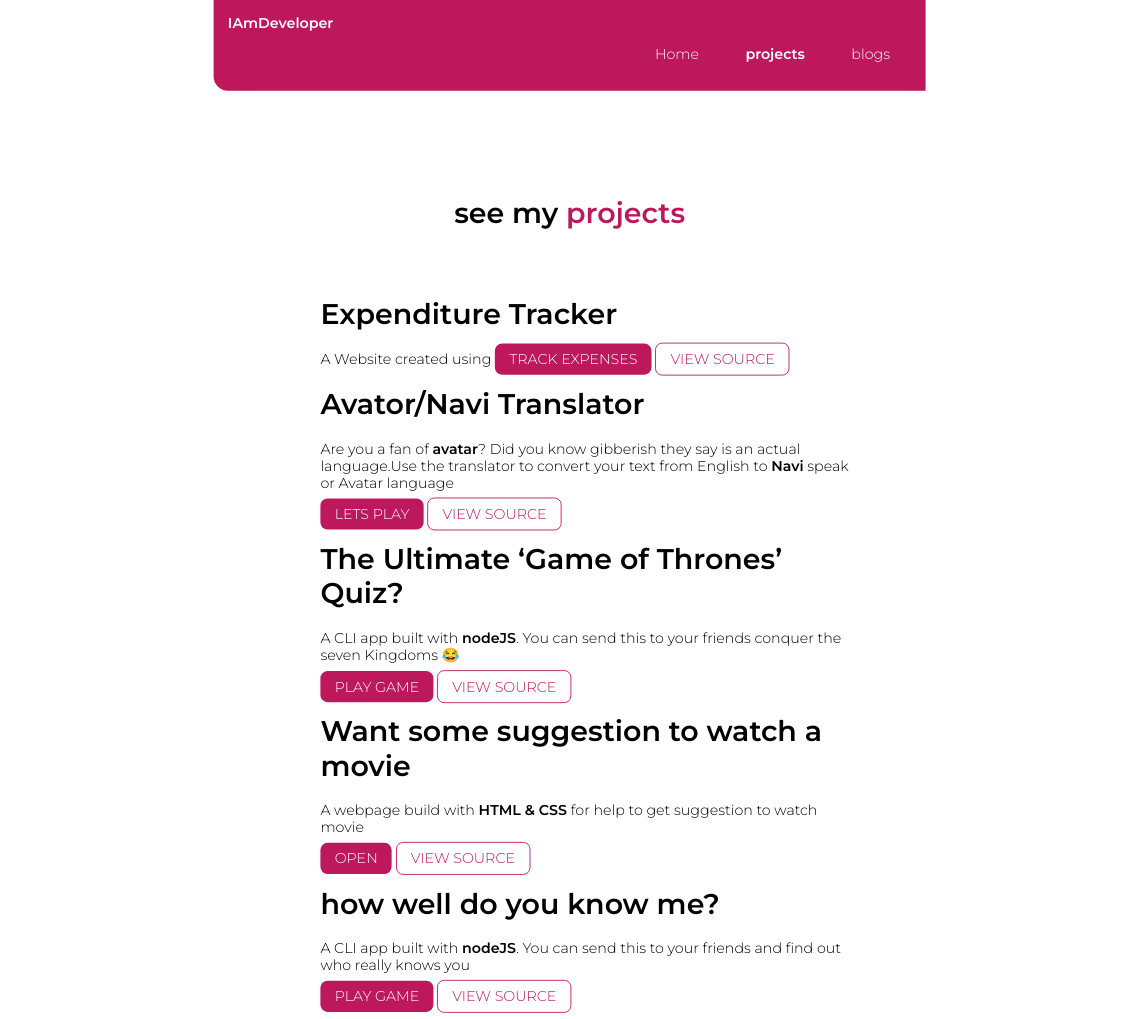
Repository: sohan2503001/Portfolio
Page: projects.html
An editor plug-in stored every save of this project. The page is shown before and after a run of saves, followed by the edit.
The browser window is 1280 px wide. The pictures show the whole page, at 89% of full size.

Above is the page before, as saved 2021-04-21 20:44:10.

### projects.html
<!DOCTYPE html>
<html lang="en">

<head>
  <meta charset="UTF-8" />
  <meta name="viewport" content="width=device-width, initial-scale=1.0" />
  <title>Projects | Sohan</title>
  <link rel="stylesheet" href="style.css" />
</head>

<body>
  <nav class="navigation container">
    <div class="nav-brand">IAmDeveloper</div>
    <ul class="list-non-bullet nav-pills">
      <li class="list-item-inline">
        <a class="link" href="/">Home</a>
      </li>
      <li class="list-item-inline">
        <a class="link link-active" href="projects.html">projects</a>
      </li>
      <li class="list-item-inline">
        <a class="link" href="blogs.html">blogs</a>
      </li>
    </ul>
  </nav>

  <header class="hero">
    <h1 class="hero-heading">
      see my<span class="heading-inverted"> projects</span>
    </h1>
  </header>


  <ol class="list list-non-bullet">


    <div class="container container-center">
      <li>
        <h1>Expenditure Tracker</h1>
        <p>
          A Website created using <React
        </p>

        <a class="link link-primary" href="https://expenditure-tracker.netlify.app/"
          target="_blank">TRACK EXPENSES</a>
        <a class="link link-secondary" href="https://github.com/sohan2503001/Expenditure-Tracker" target="_blank">VIEW
          SOURCE</a>
      </li>
    </div>


    <div class="container container-center">
      <li>
        <h1>Avator/Navi Translator </h1>
        <p>
          Are you a fan of <strong>avatar</strong>? Did you know gibberish they say is an actual
          language.Use the translator to convert your text from English to <strong>Navi</strong>
          speak or Avatar language
        </p>

        <a class="link link-primary" href="https://avator-speak.netlify.app/"
          target="_blank">LETS PLAY</a>
        <a class="link link-secondary" href="https://github.com/sohan2503001/Avator-speak" target="_blank">VIEW
          SOURCE</a>
      </li>
    </div>


    <div class="container container-center">
      <li>
        <h1>The Ultimate ‘Game of Thrones’ Quiz?</h1>
        <p>
          A CLI app built with <strong>nodeJS</strong>. You can send this to
          your friends conquer the seven Kingdoms 😂
        </p>

        <a class="link link-primary" href="https://replit.com/@Sohan250301/GameofThronesQuiz?embed=1&output=1#index.js"
          target="_blank">PLAY GAME</a>
        <a class="link link-secondary" href="https://github.com/sohan2503001/GOTQuiz" target="_blank">VIEW SOURCE</a>
      </li>
    </div>


    <div class="container container-center">
      <li>
        <h1>Want some suggestion to watch a movie</h1>
        <p>
          A webpage build with <strong>HTML & CSS </strong> for help to get suggestion to watch movie
        </p>

        <a class="link link-primary" href="https://moviesreview.netlify.app/" target="_blank">OPEN</a>
        <a class="link link-secondary" href="https://github.com/sohan2503001/MovieSuggestion" target="_blank">VIEW
          SOURCE</a>
      </li>
    </div>


    <div class="container container-center">
      <li>
        <h1>how well do you know me?</h1>
        <p>
          A CLI app built with <strong>nodeJS</strong>. You can send this to
          your friends and find out who really knows you
        </p>

        <a class="link link-primary" href="https://replit.com/@Sohan250301/How-much-you-know-me?embed=1&output=1"
          target="_blank">PLAY GAME</a>
        <a class="link link-secondary" href="https://github.com/sohan2503001/Quiz1" target="_blank">VIEW SOURCE</a>
      </li>
    </div>


  </ol>
  <script src="code.js"></script>
</body>

</html>

### style.css
@import url('https://fonts.googleapis.com/css2?family=Montserrat:wght@300;600&display=swap');

:root{
    --primary-color: #BE185D;
    --dark-gray: #4B5563;
    --off-white: #F9A8D4;
}

body {
    font-family: 'Montserrat', sans-serif;
    margin: auto;
    max-width: 800px;
    width: 100%;
}

hr{
    margin: 2rem 0rem;
}

/** container **/
.container{
    padding: 0rem 1rem;
}

.container-center{
    max-width: 600px;
    margin: auto;
}

/** links **/
.link{
    text-decoration: none;
    padding: 0.5rem 1rem;
    /*margin: 1rem 0rem 1rem 0rem;*/
}

.link-primary{
    background-color: var(--primary-color);
    border-radius: 0.5rem;
    color:white;
}

.link-secondary{
    color: var(--primary-color);
    border-radius: 0.5rem;
    border: 1px solid var(--primary-color);
}

/** lists **/

.list-non-bullet{
    list-style: none;
}

.list-item-inline{
    display: inline;
    padding: 0rem 0.5rem;
}

/** navigation **/

.navigation{
    background-color: var(--primary-color);
    color: white;
    padding: 1rem;
    border-bottom-left-radius: 1rem;
}

.navigation .nav-brand{
    font-weight: bold;
}

.navigation .nav-pills{
    text-align: right;
}

.navigation .link{
    color: white;
}

.navigation .link-active{
    font-weight: bold;
}

/**header **/

.hero{
    padding: 2rem;
    padding-top: 5rem;
}

.hero .hero-img{
    max-width: 350px;
    display: block;
    margin: auto;
}

.hero .hero-heading{
    padding-top: 1rem;
    color: var(--dark-red);
    text-align: center;
}

.hero .hero-heading .heading-inverted{
    color: var(--primary-color)
}

/** section **/
.section{
    padding: 2rem;
}

.section h1{
    text-align: center;
}

.ow {
    background-color: var(--off-white);
}

/**footer **/

.footer{
    background-color: var(--primary-color);
    padding: 2rem 1rem;
    text-align: center;
    color: white;
    border-top-right-radius: 1rem;
    position: relative;
}

.footer .link{
    color: white;
}

.footer .footer-header{
    font-weight: bold;
    font-size: large;
}

.footer ul{
    padding-inline-start: 0px;
}

/**DarkMode**/
.dark-mode {
    background-color: black;
    color: white;
}

.button-dark{
    padding: 5px;
    background-color: black;
    color: white;
    position: relative;
}

### code.js
function myFunction() {
    var element = document.body;
    element.classList.toggle("dark-mode");
}

After the next 2 saves:
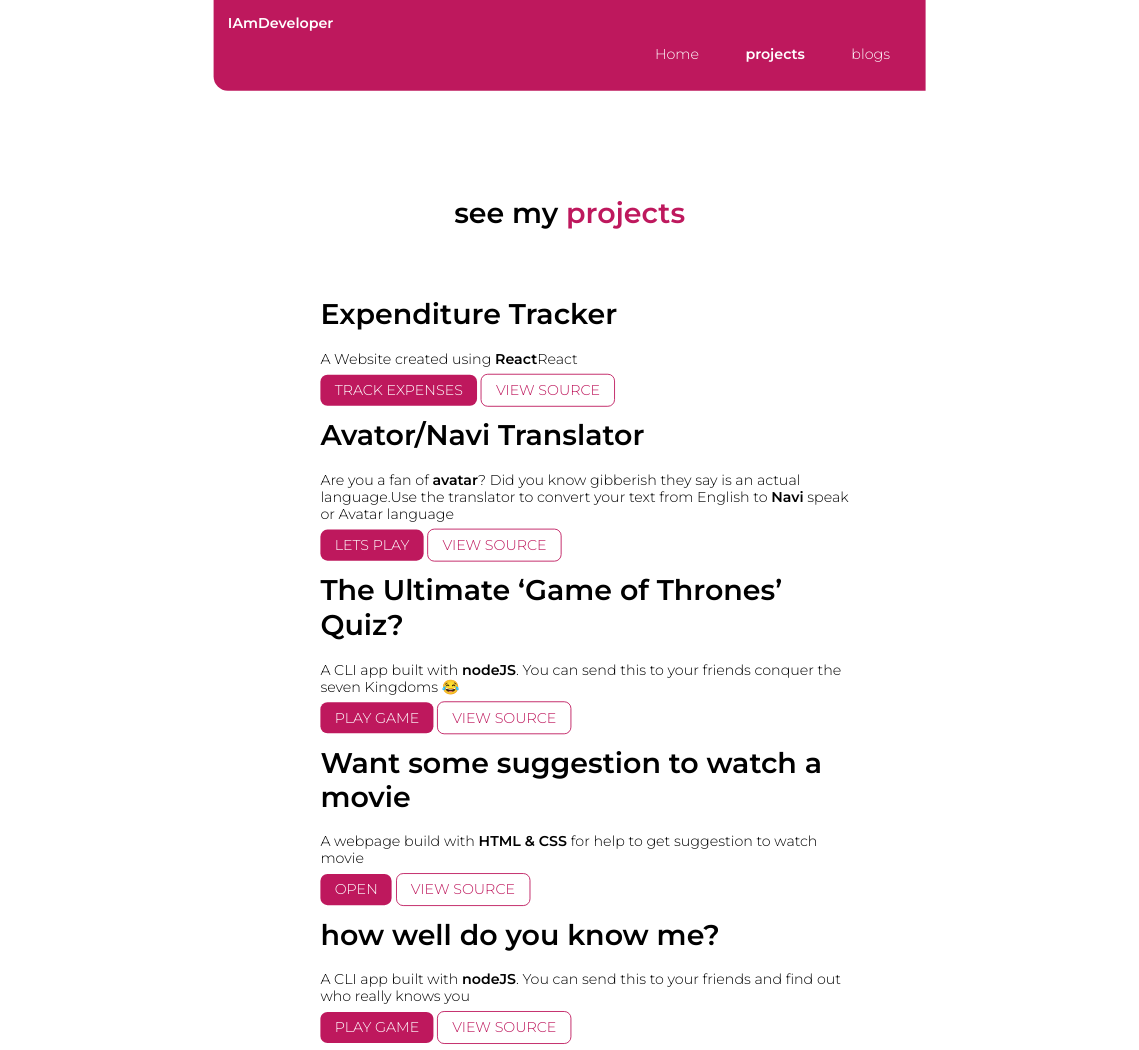
The 2 saves are shown as one change because they came seconds apart.
The last was saved 5 s later.
--- a/projects.html
+++ b/projects.html
@@ -38,7 +38,7 @@
       <li>
         <h1>Expenditure Tracker</h1>
         <p>
-          A Website created using <React
+          A Website created using <strong>React</strong>React
         </p>
 
         <a class="link link-primary" href="https://expenditure-tracker.netlify.app/"
